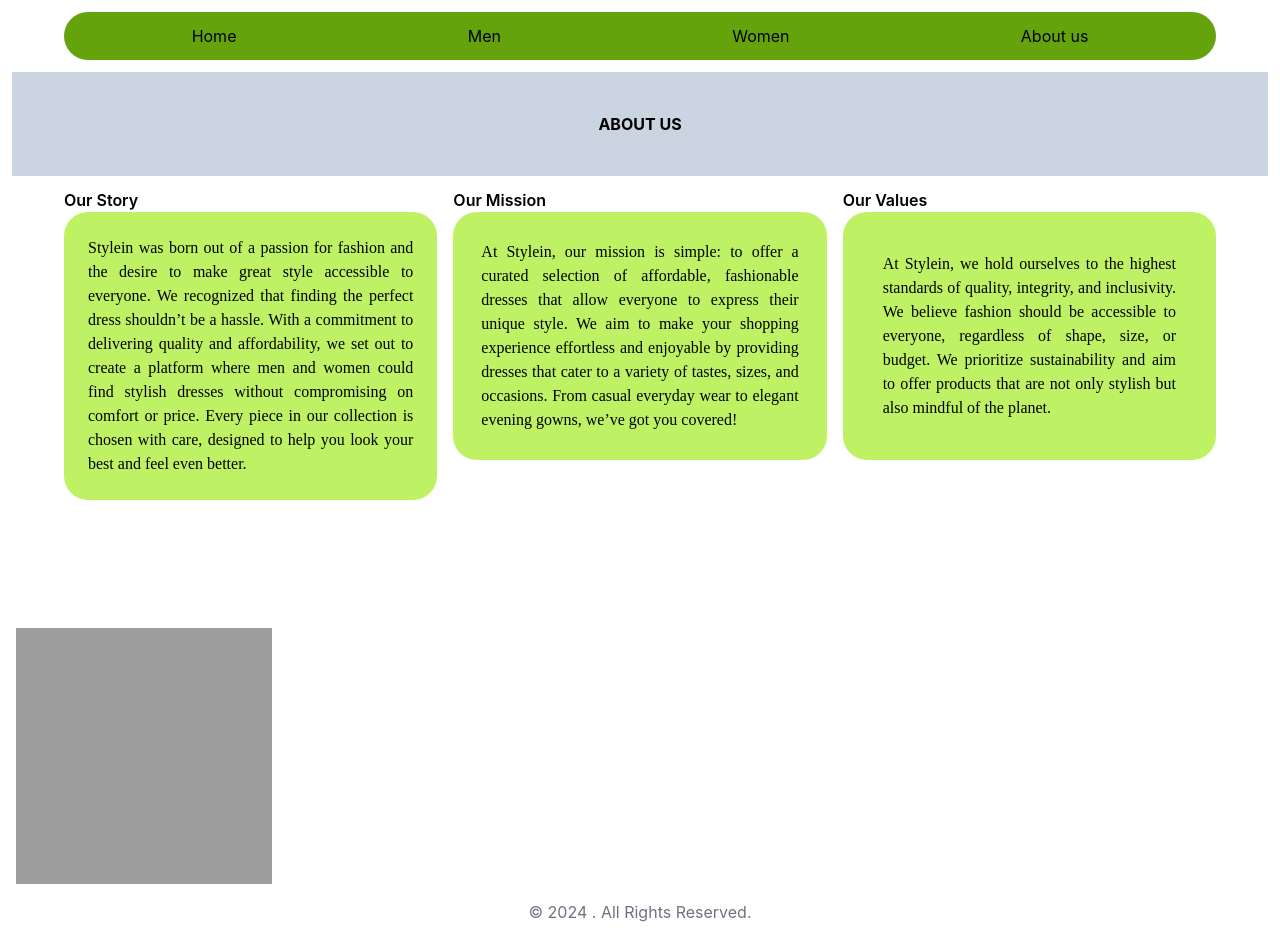
Repository: Mohankkanth/StyleIn_ShoppingSite
Page: /AboutUs
These files come from the project's save history. The page is drawn as it stood at one moment and after the next save; the edit follows.
The browser window is 1280 px wide. The pictures show the whole page.
Pictures or frames that could not be fetched are drawn as grey boxes. The project was rebuilt for these pictures with package versions that can differ from the ones it lists, and the page was loaded fresh each time. Also part of the build but not shown: vite.config.js, src/component/Home/Home.jsx, src/component/api/MenProducts.jsx, src/component/Men/Men.jsx, src/component/Women/Women.jsx, src/component/api/KidsProducts.jsx, src/component/Kids/Kids.jsx, src/component/Errorpage/Errorpage.jsx and 18 more.

Above is the page before, as saved 2024-11-23 14:03:49.

### index.html
<!doctype html>
<html lang="en">

<head>
  <meta charset="UTF-8" />
  <meta name="viewport" content="width=device-width, initial-scale=1.0" />


  <link href="https://fonts.googleapis.com/css2?family=Montserrat:wght@400;700&display=swap" rel="stylesheet" />

  <title>Vite + React</title>



</head>

<body>
  <div id="root"></div>
  <script type="module" src="/src/index.jsx"></script>
</body>

</html>

### src/index.jsx
import ReactDOM from "react-dom";
import { createBrowserRouter, RouterProvider, Outlet } from "react-router-dom";
import Home from "./component/Home/Home";
import Men from "./component/Men/Men";
// import MenProducts from "./component/api/MenProducts";
import Women from "./component/Women/Women";
import Kids from "./component/Kids/Kids";
import Header from "./component/Header/Header";
import Footer from "./component/Footer/Footer";
import "./style.css";
import Errorpage from "./component/ErrorPage/Errorpage";
import Shirt from "./component/Men/Shirt";
import T_Shirt from "./component/Men/T_Shirt";
import Pant from "./component/Men/pant";
import Shorts from "./component/Men/Shorts";
import Boys from "./component/Kids/Boys/Boys";
import Girls from "./component/Kids/Girls/Girls";
import Kurtas from "./component/Women/kurtas";
import Sarees from "./component/Women/Saree";
import Leggin from "./component/Women/Leggin";
import Dupattas from "./component/Women/Dupattas";
import AboutUs from "./component/AboutUs/Aboutus";

const AppLayout = () => {
  return (
    <>
      <Header />
      <Outlet />
      <Footer />
    </>
  );
};

// Router Configuration
const Router = createBrowserRouter([
  {
    path: "/",
    element: <AppLayout />,
    children: [
      {
        path: "/",
        element: <Home />,
      },
      {
        path: "/Home",
        element: <Home />,
      },

      {
        path: "/Men",
        element: <Men />,
      },
      {
        path: "/Women",
        element: <Women/>,
      },
      {
        path: "/Kids",
        element: <Kids />,
      },
      {
        path:"/Shirt",
        element:<Shirt/>,
      },
      {
        path:"/T-Shirt",
        element:<T_Shirt/>,
      },
      {
        path:"/Pant",
        element:<Pant/>,
      },
      {
        path:"/Shorts",
        element:<Shorts/>,
      },
      {
        path:"/KidsBoys",
        element:<Boys/>,
      },
      {
        path:"/KidsGirls",
        element:<Girls/>,
      },

      {
        path:"/Kurtas",
        element:<Kurtas/>,
      },
      {
        path:"/Sarees",
        element:<Sarees/>,
      },
      {
        path:"/Leggins",
        element:<Leggin/>
      },
      {
        path:"/Dupattas",
        element:<Dupattas/>
      },
      {
        path:"/AboutUs",
        element:<AboutUs/>
      }
    ],
    errorElement:<Errorpage/>
  },
]);

// Render the Router
const root = ReactDOM.createRoot(document.getElementById("root"));
root.render(<RouterProvider router={Router} />);

### src/component/Header/Header.jsx
import { Link } from "react-router-dom"

const Header = () => {
  return (
    <>

      <div className="2xl:container mx-auto">
        <div className="w-[90%] mx-auto grid-cols-1">
          <div>
            <ul className="flex justify-around p-3 rounded-3xl bg-lime-600 font-mono mt-3">
              <Link to="/Home">
                <li className="hover:cursor-pointer  hover:text-white">Home</li>
              </Link>
              <Link to="/Men">
                <li className="hover:cursor-pointer  hover:text-white">Men
                </li>

              </Link>
              <Link to="/Women">
                <li className="hover:cursor-pointer  hover:text-white">Women</li>
              </Link>
              {/* <Link to="/Kids">
                <li className="hover:cursor-pointer  hover:text-white">Kids</li>
              </Link> */}
              <Link to="/Aboutus">
              <li className="hover:cursor-pointer  hover:text-white">About us</li>
              </Link>
            </ul>
          </div>
        </div>
      </div>
    </>
  )
}


export default Header

### src/component/Footer/Footer.jsx
import { Link } from "react-router-dom"

const Footer = () => {
  return (
    <>
      <footer className="bg-white  shadow  dark:bg-[#333333] mt-28">
        <div className="w-full mx-auto max-w-screen-xl p-4 md:flex md:items-center md:justify-between">
          <div>
          <img src="https://ik.imagekit.io/Sample/E-Commerce/Logo/StyleIn_Logo-removebg-preview.png?updatedAt=1732345349547" alt="" className="h-64 w-64" />

          </div>

          <div className="text-white">
            <p className="font-bold font-[Raleway]">Address</p>
            <p>
              <p className="font-[Raleway]">Stylein Fashion Store </p>
              123 Fashion Street,<br />
              T. Nagar, Chennai,<br /> Tamil Nadu 600017,
              India</p>
          </div>
          <div className="text-white">
            <p className="font-bold font-[Raleway]">Contact</p>
            <p></p>
            <p className="hover:cursor-pointer">Mobile:&nbsp;9523148795</p>
            <p className="hover:cursor-pointer">Email:&nbsp;support@stylein.com</p>
          </div>

          <div className="text-white">
            <p className="font-bold font-[Raleway]">Customer Service Hours</p>
            <p>
              Monday to Friday: 9:00 AM - 6:00 PM <br />
              Saturday: 10:00 AM - 4:00 PM <br />
              Sunday: Closed</p>
          </div>



        </div>
        <div className="flex justify-center pb-3">
        <span className="text-base  text-gray-500 sm:text-center dark:text-gray-400">
            © 2024{" "}
            {/* <a href="https://flowbite.com/" className="hover:underline">
              Flowbite™ </a> */}
            . All Rights Reserved.
          </span>
          </div>
      </footer>

    </>
  )
}


export default Footer

### src/style.css
@tailwind base;
@tailwind components;
@tailwind utilities;



/*Hero section image starting */

.flip-in-hor-bottom {
	-webkit-animation: flip-in-hor-bottom 0.5s cubic-bezier(0.250, 0.460, 0.450, 0.940) both;
	        animation: flip-in-hor-bottom 2s cubic-bezier(0.250, 0.460, 0.450, 0.940) both;
}


/* ----------------------------------------------
 * Generated by Animista on 2024-11-2 22:17:44
 * Licensed under FreeBSD License.
 * See http://animista.net/license for more info.
 * w: http://animista.net, t: @cssanimista
 * ---------------------------------------------- */

/**
 * ----------------------------------------
 * animation flip-in-hor-bottom
 * ----------------------------------------
 */
 @-webkit-keyframes flip-in-hor-bottom {
    0% {
      -webkit-transform: rotateX(80deg);
              transform: rotateX(80deg);
      opacity: 0;
    }
    100% {
      -webkit-transform: rotateX(0);
              transform: rotateX(0);
      opacity: 1;
    }
  }
  @keyframes flip-in-hor-bottom {
    0% {
      -webkit-transform: rotateX(80deg);
              transform: rotateX(80deg);
      opacity: 0;
    }
    100% {
      -webkit-transform: rotateX(0);
              transform: rotateX(0);
      opacity: 1;
    }
  }

  /*Hero section image ending */




  .shake-horizontal {
	-webkit-animation: shake-horizontal 0.5s cubic-bezier(0.455, 0.030, 0.515, 0.955) both;
	        animation: shake-horizontal 30s cubic-bezier(0.455, 0.030, 0.515, 0.955) both;
}


/* ----------------------------------------------
 * Generated by Animista on 2024-11-2 22:48:21
 * Licensed under FreeBSD License.
 * See http://animista.net/license for more info.
 * w: http://animista.net, t: @cssanimista
 * ---------------------------------------------- */

/**
 * ----------------------------------------
 * animation shake-horizontal
 * ----------------------------------------
 */
 @-webkit-keyframes shake-horizontal {
    0%,
    100% {
      -webkit-transform: translateX(0);
              transform: translateX(0);
    }
    10%,
    30%,
    50%,
    70% {
      -webkit-transform: translateX(-10px);
              transform: translateX(-10px);
    }
    20%,
    40%,
    60% {
      -webkit-transform: translateX(10px);
              transform: translateX(10px);
    }
    80% {
      -webkit-transform: translateX(8px);
              transform: translateX(8px);
    }
    90% {
      -webkit-transform: translateX(-8px);
              transform: translateX(-8px);
    }
  }
  @keyframes shake-horizontal {
    0%,
    100% {
      -webkit-transform: translateX(0);
              transform: translateX(0);
    }
    10%,
    30%,
    50%,
    70% {
      -webkit-transform: translateX(-10px);
              transform: translateX(-10px);
    }
    20%,
    40%,
    60% {
      -webkit-transform: translateX(10px);
              transform: translateX(10px);
    }
    80% {
      -webkit-transform: translateX(8px);
              transform: translateX(8px);
    }
    90% {
      -webkit-transform: translateX(-8px);
              transform: translateX(-8px);
    }
  }

### src/component/AboutUs/Aboutus.jsx

import React from 'react';

const AboutUs = () => {
    return (
        <>
            <div className='2xl:container mx-auto'>
                <p className="font-bold bg-slate-300 text-center p-10 m-3">ABOUT US</p>

                <div className=" w-[90%]  mx-auto grid grid-cols-1 md:grid-cols-3 gap-4 ">

                    <div>
                        <p className='font-semibold text-justify '>Our Story</p>
                        <p className='bg-lime-300 p-6 rounded-3xl text-justify font-[Raleway]'>
                            Stylein was born out of a passion for fashion and the desire to make great style accessible to everyone. We recognized that finding the perfect dress shouldn’t be a hassle. With a commitment to delivering quality and affordability, we set out to create a platform where men and women could find stylish dresses without compromising on comfort or price. Every piece in our collection is chosen with care, designed to help you look your best and feel even better.</p>
                    </div>
                    <div>
                        <p className='font-semibold text-justify '>Our Mission</p>
                        <p className='bg-lime-300  rounded-3xl font-[Raleway] p-7 text-justify'>At Stylein, our mission is simple: to offer a curated selection of affordable, fashionable dresses that allow everyone to express their unique style. We aim to make your shopping experience effortless and enjoyable by providing dresses that cater to a variety of tastes, sizes, and occasions. From casual everyday wear to elegant evening gowns, we’ve got you covered!</p>
                    </div>

                    <div>
                        <p className='font-semibold text-justify'>Our Values</p>
                        <p className='bg-lime-300  rounded-3xl font-[Raleway] text-justify p-10'>
                            At Stylein, we hold ourselves to the highest standards of quality, integrity, and inclusivity. We believe fashion should be accessible to everyone, regardless of shape, size, or budget. We prioritize sustainability and aim to offer products that are not only stylish but also mindful of the planet.</p>
                    </div>


                </div>
            </div>

        </>
    )
}
export default AboutUs

### tailwind.config.js
/** @type {import('tailwindcss').Config} */
export default {
  content: [
    "./index.html",
    "./src/**/*.{js,ts,jsx,tsx}",
  ],
  theme: {
    extend: {
      colors: {
        primary: {"50":"#eff6ff","100":"#dbeafe","200":"#bfdbfe","300":"#93c5fd","400":"#60a5fa","500":"#3b82f6","600":"#2563eb","700":"#1d4ed8","800":"#1e40af","900":"#1e3a8a","950":"#172554"}
      }
    },
    fontFamily: {
      'body': [
    'Inter',
    'ui-sans-serif',
    'system-ui',
    '-apple-system',
    'system-ui',
    'Segoe UI',
    'Roboto',
    'Helvetica Neue',
    'Arial',
    'Noto Sans',
    'sans-serif',
    'Apple Color Emoji',
    'Segoe UI Emoji',
    'Segoe UI Symbol',
    'Noto Color Emoji'
  ],
      'sans': [
    'Inter',
    'ui-sans-serif',
    'system-ui',
    '-apple-system',
    'system-ui',
    'Segoe UI',
    'Roboto',
    'Helvetica Neue',
    'Arial',
    'Noto Sans',
    'sans-serif',
    'Apple Color Emoji',
    'Segoe UI Emoji',
    'Segoe UI Symbol',
    'Noto Color Emoji'
  ]
    }
  },
  plugins: [],
}

After the next save:
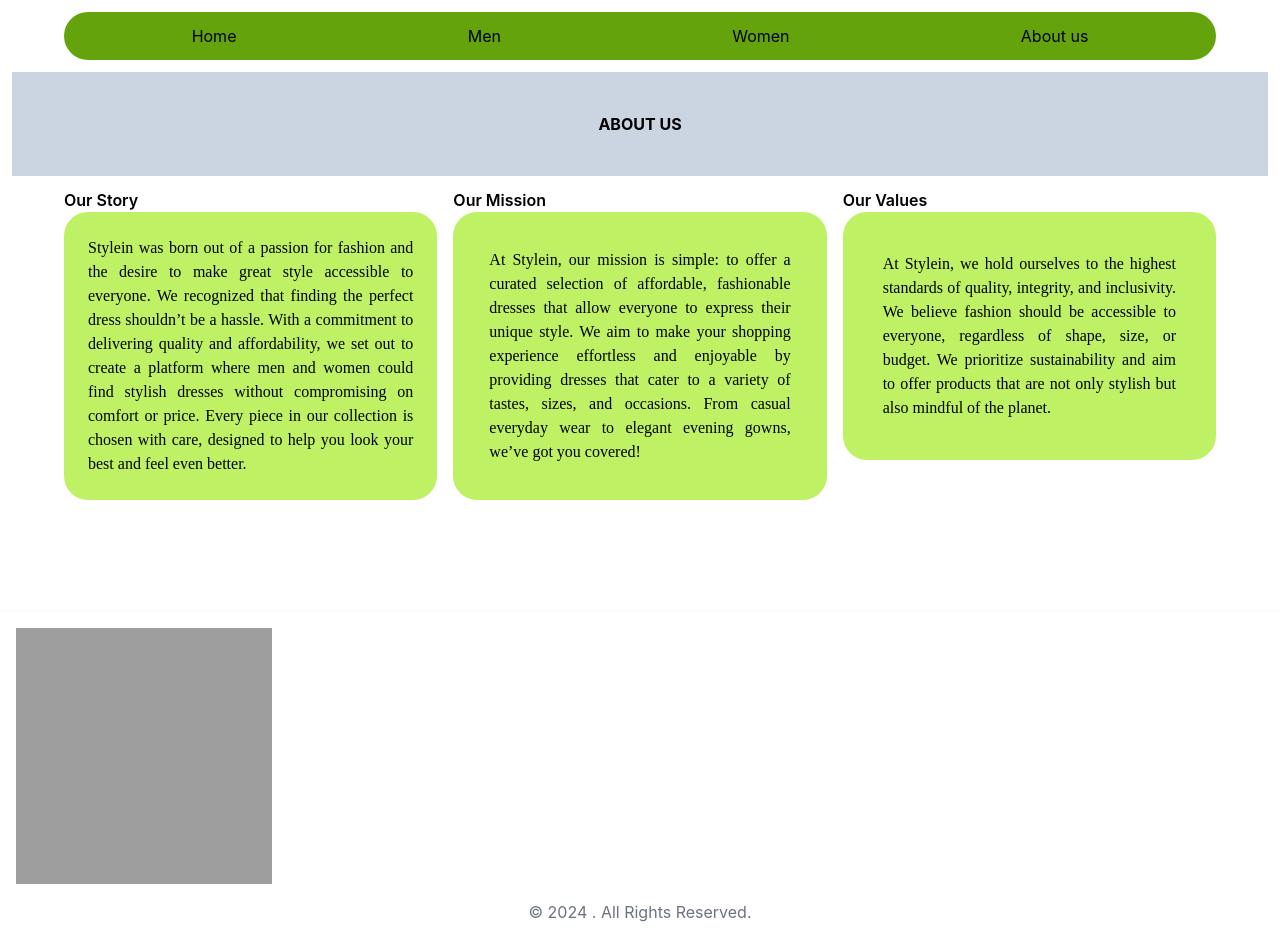
Saved 13 s later.
--- a/src/component/AboutUs/Aboutus.jsx
+++ b/src/component/AboutUs/Aboutus.jsx
@@ -16,7 +16,7 @@
                     </div>
                     <div>
                         <p className='font-semibold text-justify '>Our Mission</p>
-                        <p className='bg-lime-300  rounded-3xl font-[Raleway] p-7 text-justify'>At Stylein, our mission is simple: to offer a curated selection of affordable, fashionable dresses that allow everyone to express their unique style. We aim to make your shopping experience effortless and enjoyable by providing dresses that cater to a variety of tastes, sizes, and occasions. From casual everyday wear to elegant evening gowns, we’ve got you covered!</p>
+                        <p className='bg-lime-300  rounded-3xl font-[Raleway] p-9 text-justify'>At Stylein, our mission is simple: to offer a curated selection of affordable, fashionable dresses that allow everyone to express their unique style. We aim to make your shopping experience effortless and enjoyable by providing dresses that cater to a variety of tastes, sizes, and occasions. From casual everyday wear to elegant evening gowns, we’ve got you covered!</p>
                     </div>
 
                     <div>
